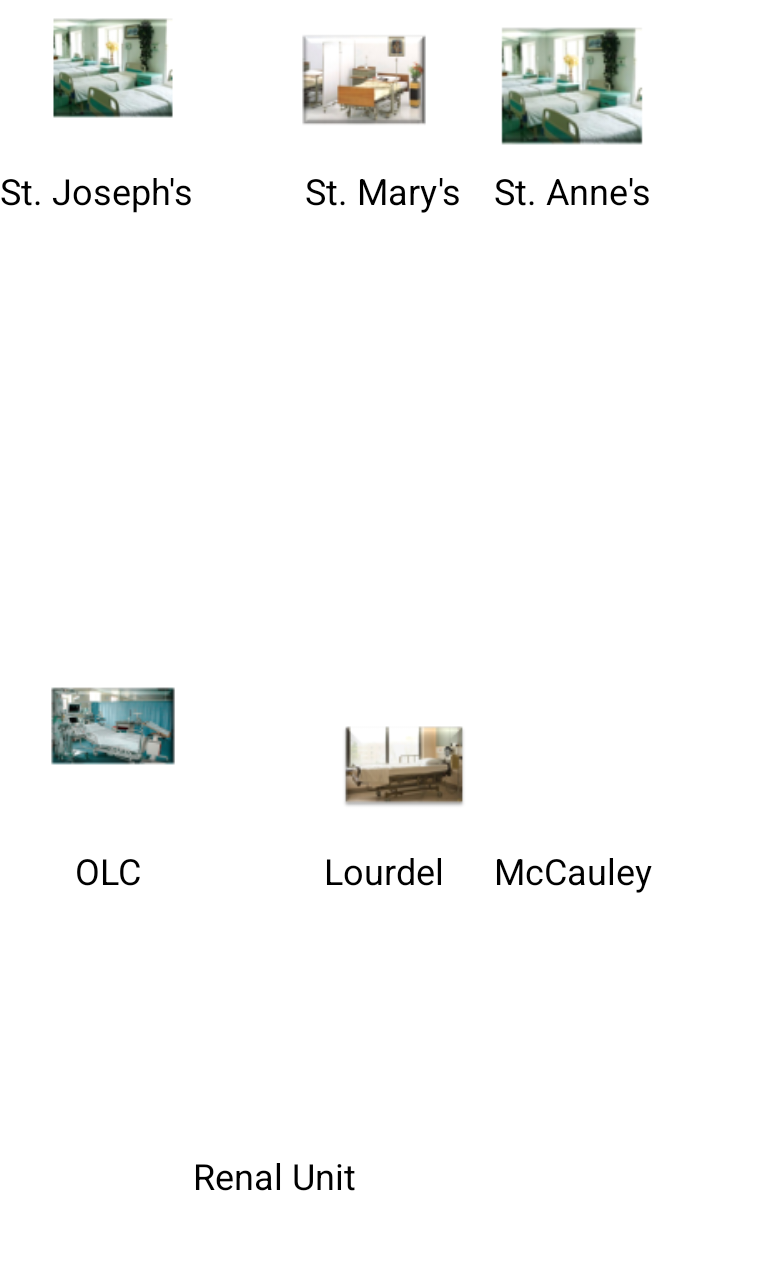
Repository: erwasambo/greendevelopment
Layout: GreenDevelopment/NASCuisine/res/layout/patientdash.xml
These files come from the project's save history. The layout is drawn as it stood at one moment and after the next save; the edit follows.
It is drawn on a 768 x 1280 px phone screen (xhdpi) without system bars, with theme AppTheme; the app's code is not run.

Above is the layout before, as saved 2013-12-03 04:37:48.

### GreenDevelopment/NASCuisine/res/layout/patientdash.xml
<?xml version="1.0" encoding="utf-8"?>
<RelativeLayout xmlns:android="http://schemas.android.com/apk/res/android"
    android:layout_width="match_parent"
    android:layout_height="match_parent" >

    <TextView
        android:id="@+id/textView2"
        android:layout_width="wrap_content"
        android:layout_height="wrap_content"
        android:layout_alignBaseline="@+id/textView1"
        android:layout_alignBottom="@+id/textView1"
        android:layout_centerHorizontal="true"
        android:text="@string/stmary"
        android:textAppearance="?android:attr/textAppearanceMedium" />

    <TextView
        android:id="@+id/textView7"
        android:layout_width="wrap_content"
        android:layout_height="wrap_content"
        android:layout_alignParentBottom="true"
        android:layout_marginBottom="40dp"
        android:layout_toRightOf="@+id/textView1"
        android:text="@string/renal"
        android:textAppearance="?android:attr/textAppearanceMedium" />

    <TextView
        android:id="@+id/textView4"
        android:layout_width="wrap_content"
        android:layout_height="wrap_content"
        android:layout_above="@+id/textView7"
        android:layout_alignRight="@+id/textView1"
        android:layout_marginBottom="128dp"
        android:layout_marginRight="26dp"
        android:text="@string/olc"
        android:textAppearance="?android:attr/textAppearanceMedium" />

    <TextView
        android:id="@+id/textView5"
        android:layout_width="wrap_content"
        android:layout_height="wrap_content"
        android:layout_alignBaseline="@+id/textView4"
        android:layout_alignBottom="@+id/textView4"
        android:layout_centerHorizontal="true"
        android:text="@string/lourdel"
        android:textAppearance="?android:attr/textAppearanceMedium" />

    <TextView
        android:id="@+id/textView1"
        android:layout_width="wrap_content"
        android:layout_height="wrap_content"
        android:layout_alignParentLeft="true"
        android:layout_alignParentTop="true"
        android:layout_marginTop="83dp"
        android:text="@string/stjoseph"
        android:textAppearance="?android:attr/textAppearanceMedium" />

    <TextView
        android:id="@+id/textView6"
        android:layout_width="wrap_content"
        android:layout_height="wrap_content"
        android:layout_alignBaseline="@+id/textView5"
        android:layout_alignBottom="@+id/textView5"
        android:layout_alignRight="@+id/textView3"
        android:text="@string/mccauley"
        android:textAppearance="?android:attr/textAppearanceMedium" />

    <ImageView
        android:id="@+id/imageView1"
        android:layout_width="80dp"
        android:layout_height="80dp"
        android:layout_above="@+id/textView2"
        android:layout_alignRight="@+id/textView1"
        android:layout_marginBottom="15dp"
        android:src="@drawable/joseph" />

    <ImageView
        android:id="@+id/imageView2"
        android:layout_width="80dp"
        android:layout_height="80dp"
        android:layout_alignParentTop="true"
        android:layout_alignRight="@+id/textView5"
        android:src="@drawable/mary" />

    <TextView
        android:id="@+id/textView3"
        android:layout_width="wrap_content"
        android:layout_height="wrap_content"
        android:layout_alignBaseline="@+id/textView2"
        android:layout_alignBottom="@+id/textView2"
        android:layout_marginLeft="16dp"
        android:layout_toRightOf="@+id/textView2"
        android:text="@string/stanne"
        android:textAppearance="?android:attr/textAppearanceMedium" />

    <ImageView
        android:id="@+id/imageView3"
        android:layout_width="80dp"
        android:layout_height="80dp"
        android:layout_above="@+id/textView3"
        android:layout_alignRight="@+id/textView3"
        android:src="@drawable/joseph" />

    <ImageView
        android:id="@+id/imageView4"
        android:layout_width="80dp"
        android:layout_height="80dp"
        android:layout_above="@+id/textView4"
        android:layout_alignRight="@+id/textView1"
        android:layout_marginBottom="20dp"
        android:src="@drawable/olc" />

    <ImageView
        android:id="@+id/imageView5"
        android:layout_width="80dp"
        android:layout_height="80dp"
        android:layout_alignLeft="@+id/textView5"
        android:layout_alignTop="@+id/imageView4"
        android:layout_marginTop="21dp"
        android:src="@drawable/lourdel" />

</RelativeLayout>

### GreenDevelopment/NASCuisine/res/values/strings.xml
<?xml version="1.0" encoding="utf-8"?>
<resources>

    <string name="app_name">NAS Cuisine</string>
     <string name="app_namelogin">NAS Cuisine - Log in</string>




    <string name="action_settings">Settings</string>
    <string name="activity_scrollview">ScrollView</string>
    <string name="activity_listview">ListView</string>
    <string name="activity_gridview">GridView</string>
    <string name="activity_webview">WebView</string>
    <string name="activity_fragment_tabs">Fragments + Tabs</string>
    <string name="activity_fragment_tabs_vp">Fragments + Tabs + ViewPager</string>
    <string name="pref_title_stick_container">Stick layer to</string>
    <string name="pref_title_show_shadow">Show shadow</string>
    <string name="pref_title_show_offset">Closed offset</string>
    <string name="open_button_container">Open</string>
    <string name="close_button_container">Close</string>
	<string name="title_activity_main">PayPal Access</string>
    <string name="title_activity_login">Login</string>
    <string name="btn_login">Login with PayPal</string>
    <string name="progress_loading_title">Loading&#8320;</string>
    <string name="progress_loading_msg">Login is possible in a few seconds</string>
    <string name="toast_login_ok">Logged in</string>
    <string name="toast_login_failed">Login failed</string>
    <string name="login_description">This enables the user to use his PayPal credentials to login. Thus he doesn\'t have to create yet another account and remember yet another password.</string>
	<string name="login_oauth">OAuth 2.0</string>
	<string name="login_openid">OpenID</string>

    <string name="swipe_label">Swipe!</string>
    <string name="swipe_left_label">Swipe left!</string>
    <string name="swipe_right_label">Swipe right!</string>
    <string name="swipe_up_label">Swipe up!</string>
    <string name="swipe_down_label">Swipe down!</string>

    <string name="label_right">Right</string>
    <string name="label_left">Left</string>
    <string name="label_middle">Middle</string>
    <string name="label_top">Top</string>
    <string name="label_bottom">Bottom</string>

    <string name="not_applicable">n/a</string>

    <string-array name="pref_list_titles">
        <item>@string/label_right</item>
        <item>@string/label_middle</item>
        <item>@string/label_left</item>
        <item>@string/label_top</item>
        <item>@string/label_bottom</item>
    </string-array>
    <string-array name="pref_list_values">
        <item>right</item>
        <item>middle</item>
        <item>left</item>
        <item>top</item>
        <item>bottom</item>
    </string-array>

    <string name="pref_go">Go!</string>

    <string name="no_media_warning">Storage Media not present</string>
    <string name="no_media_hint">Sharing the storage media with a PC can make it inaccessible</string>
    <string name="open_failed">Unable to open document</string>
    <string name="cancel">Cancel</string>
    <string name="search_backwards">Search backwards</string>
    <string name="search_forwards">Search forwards</string>
    <string name="search_document">Search document</string>
    <string name="picker_title">NAS Cuisine</string>
    <string name="outline_title">Table of Contents</string>
    <string name="enter_password">Enter Password</string>
    <string name="text_not_found">Text not found</string>
    <string name="searching_">Searching...</string>
    <string name="link_control">Link highlighting and enabling</string>
    <string name="no_further_occurences_found">No further occurences found</string>
    <string name="gen_pdf">Generate pdf</string>
    <string name="view_pdf">View pdf</string>
    <string name="title_activity_main">MainActivity</string>
    <string name="progress_title">Generateing pdf...</string>

    <string name="taliiafrica">Julisha</string>
	<string name="main">Julisha</string>
	<string name="weather">Check Weather</string>
	<string name="rescue">Emergency Rescue</string>
	<string name="exit">Exit</string>
	<string name="srtsail">Begin Sailing</string>
	<string name="stpsail">End Sailing</string>
	<string name="chkmap">Check Map</string>
	<string name="sets">Settings</string>
	<string name="vsltype">Vessel Type:</string>
	<string name="vid">Vessel Id:</string>
	<string name="vslname">Vessel Name:</string>
	<string name="wtrbody">Water Body:</string>
	<string name="desc">General Description:</string>
	<string name="sv">Save</string>
	<string name="lgout">Logout</string>
	<string name="sail">Sailing</string>
	<string name="myacc">My Account</string>
	<string name="date">Date:</string>
	<string name="time">Time:</string>
	<string name="initloc">Initial Location:</string>
	<string name="Destination">Destination:</string>
	<string name="onboard">Number Onboard:</string>
	<string name="act">Activity:</string>
	<string name="bgnSail">Begin Sailing</string>
	<string name="currLoc">Current Location:</string>
	<string name="endsail">End Sailing</string>
	<string name="prevloc">Previous Location</string>
	<string name="desc2">Image2</string>
	<string name="login">Login</string>
	<string name="email">Email:</string>
	<string name="password">Password:</string>
	<string name="newtojulisharegister">New to Julisha? Register here</string>
	<string name="registeracc">Register New Account</string>
	<string name="fullname">Full Name</string>
	<string name="logout">Logout</string>
	<string name="briefdesc">Brief Description:</string>
	<string name="safe">Safe</string>
	<string name="minor">Minor Problem</string>
	<string name="danger">Danger</string>
	<string name="xtremedanger">Extreme Danger</string>
	<string name="signup">Sign up</string>
	<string name="donthaveacc">Don\'t have an account yet? </string>
	<string name="forgotpwd">Forgot Password</string>
	<string name="firstname">First Name</string>
	<string name="othernames">Other Names</string>
	<string name="staffno">Staff Number</string>
	<string name="cnfpassword">Confirm Password</string>
	<string name="iagree">I agree to</string>
	<string name="termsofuse">terms ofuse</string>
	<string name="perosnstoserve">Please select persons to serve</string>
	<string name="patients">Patients</string>
	<string name="func">Function</string>
	<string name="hospstaff">Hospital Staff</string>
	<string name="admin">Admin</string>
	<string name="mealord">Meal Order</string>
	<string name="drystore">Dry Store</string>
	<string name="salessummary">Sales Summary</string>
	<string name="mealsum">Meals Summary</string>
	<string name="transf">Transfer Vouchers</string>
	<string name="delivbook">Delivery Book</string>
	<string name="laundbook">Laundry Book</string>
	<string name="stjoseph">St. Joseph\'s</string>
	<string name="stmary">St. Mary\'s</string>
	<string name="stanne">St. Anne\'s</string>
	<string name="olc">OLC</string>
	<string name="lourdel">Lourdel</string>
	<string name="mccauley">McCauley</string>
	<string name="renal">Renal Unit</string>




</resources>

Loaded but not shown: GreenDevelopment/NASCuisine/res/values/styles.xml (common file); GreenDevelopment/NASCuisine/res/values-v11/styles.xml (common file); GreenDevelopment/NASCuisine/res/values-v14/styles.xml (common file)

After the next save:
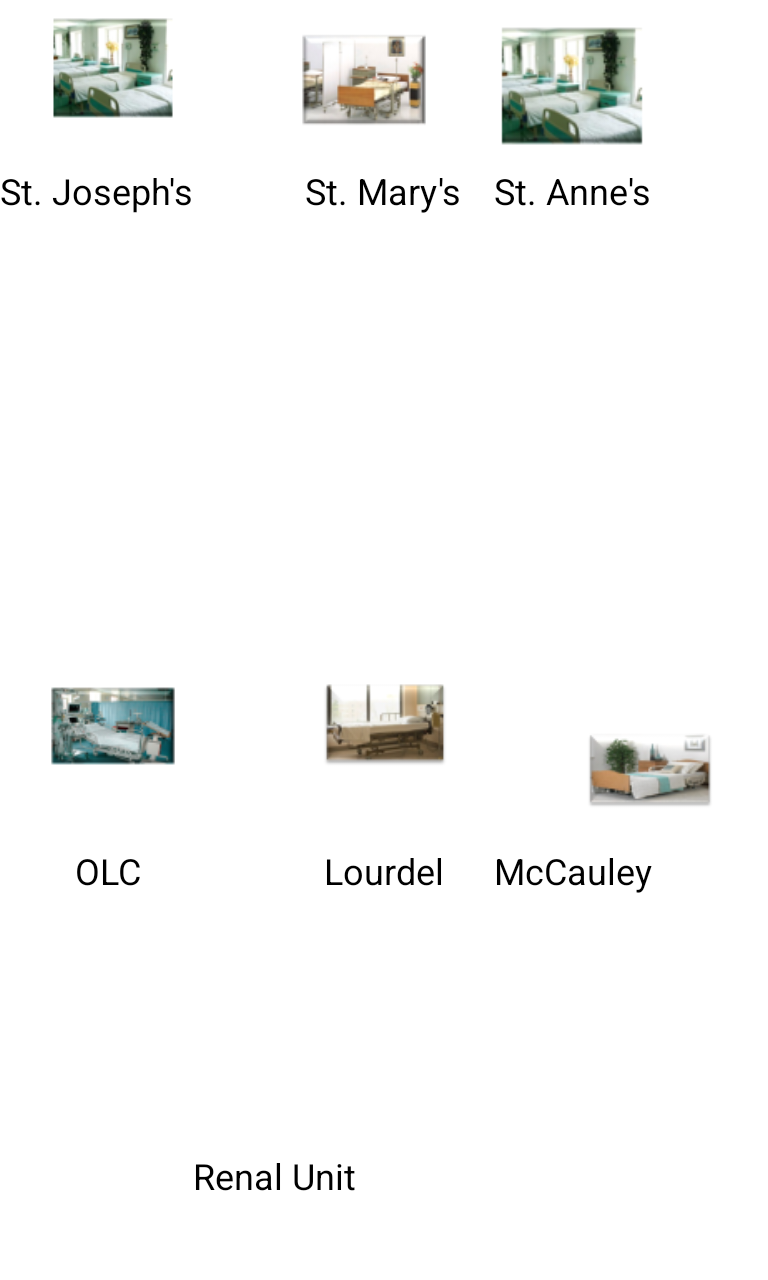
Saved 76 s later.
--- a/GreenDevelopment/NASCuisine/res/layout/patientdash.xml
+++ b/GreenDevelopment/NASCuisine/res/layout/patientdash.xml
@@ -113,9 +113,18 @@
         android:id="@+id/imageView5"
         android:layout_width="80dp"
         android:layout_height="80dp"
-        android:layout_alignLeft="@+id/textView5"
+        android:layout_alignLeft="@+id/textView2"
         android:layout_alignTop="@+id/imageView4"
-        android:layout_marginTop="21dp"
         android:src="@drawable/lourdel" />
 
+    <ImageView
+        android:id="@+id/imageView6"
+        android:layout_width="80dp"
+        android:layout_height="80dp"
+        android:layout_alignLeft="@+id/textView6"
+        android:layout_alignTop="@+id/imageView5"
+        android:layout_marginLeft="38dp"
+        android:layout_marginTop="23dp"
+        android:src="@drawable/mccauley" />
+
 </RelativeLayout>
